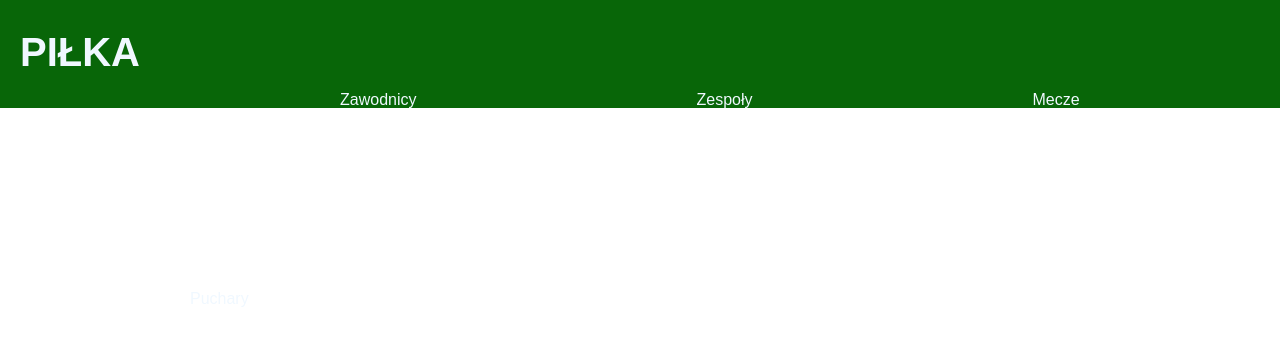
Repository: ZABA78/PAZW
Page: index.html
The author's editor kept a copy of each file at every save. The page is drawn from the files as they stood at one save, then again after the next save.
The browser window is 1280 px wide. The pictures show the whole page.
Some web fonts or font styles are not loaded; a fallback is used.

Above is the page before, as saved 2023-10-17 14:07:10.

### index.html
<!DOCTYPE html>
<html lang="en">
<head>
    <meta charset="UTF-8">
    <meta http-equiv="X-UA-Compatible" content="IE=edge">
    <meta name="viewport" content="width=device-width, initial-scale=1.0">
    <link rel="stylesheet" href="style.css">
    <title>Piłka</title>
    <style>
        @import url('https://fonts.googleapis.com/css2?family=Tilt+Neon&display=swap');
        </style>
</head>
<body>
    <header>
        <!--<img src="pilka.png" alt="logo" class = "logo">--><h1>PIŁKA</h1>
        <nav>
            <a href="">Zawodnicy</a>
            <a href="">Zespoły</a>
            <a href="">Mecze</a>
            <a href="">Puchary</a>
        </nav>
    </header>
</body>
</html>

### style.css
*
{
    font-family: 'Tilt Neon', sans-serif;
    margin:0;
    padding: 0;
    box-sizing: border-box;

}
.logo
{
    height: 100vh;

}
h1
{
    padding: 10px;
    font-size: 40px;
    float: left;
    margin-left: 10px;
    margin-top: 20px;
}
header
{
    background-color: rgb(8, 102, 8);
    height: 15vh;
    color: aliceblue;
}
a
{
padding: 90px;
text-align: center;
margin-top: 1px;
float: left;
margin-left: 100px;
text-decoration: none;
color: aliceblue;
}

After the next save:
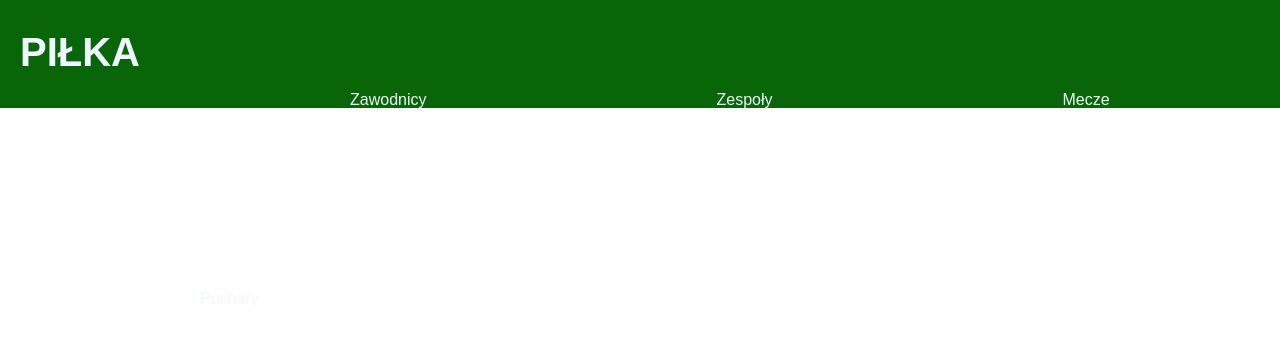
Saved 6 s later.
--- a/style.css
+++ b/style.css
@@ -31,7 +31,7 @@ padding: 90px;
 text-align: center;
 margin-top: 1px;
 float: left;
-margin-left: 100px;
+margin-left: 110px;
 text-decoration: none;
 color: aliceblue;
 }
